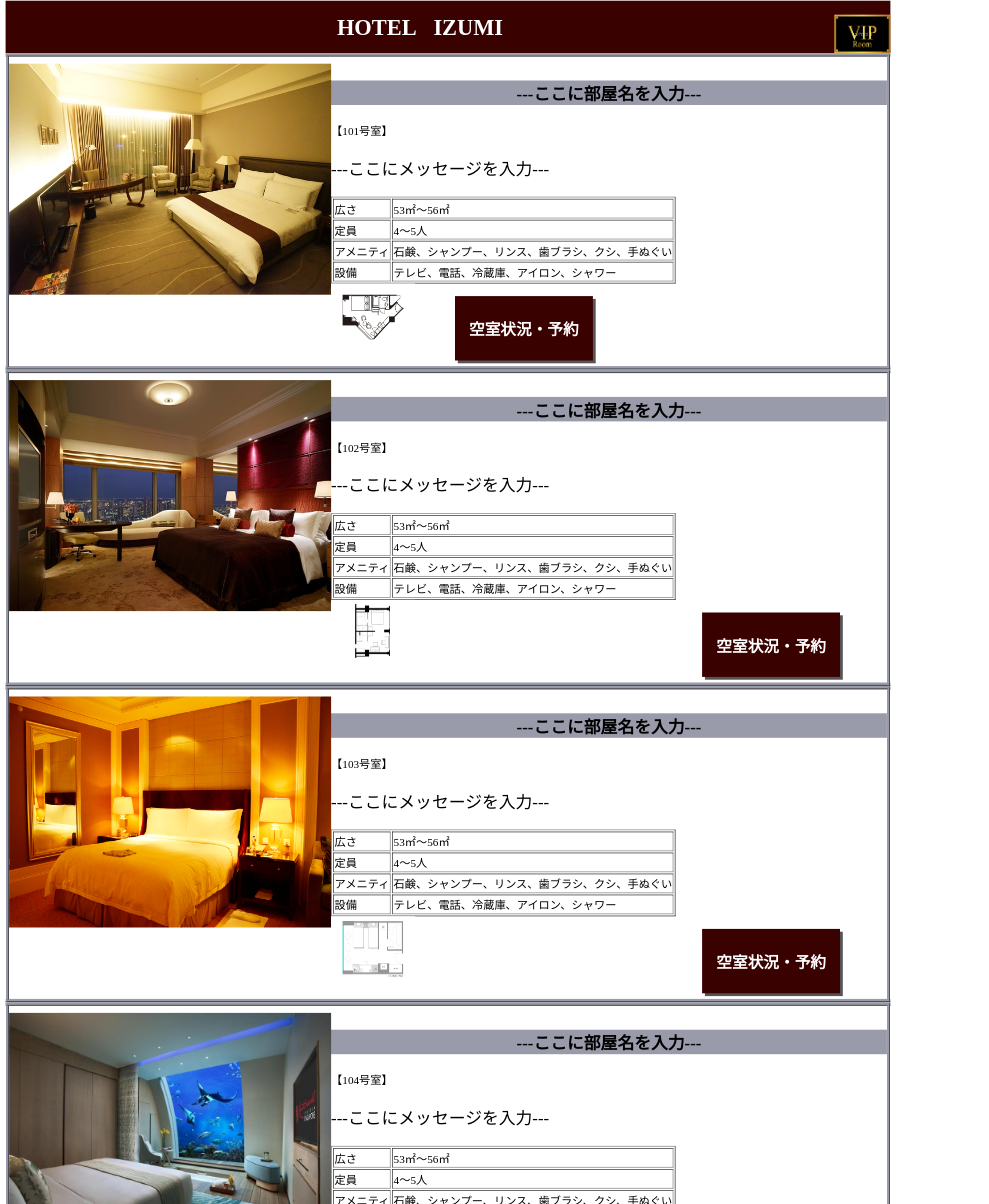
Repository: sep-dev/hotel_site
Page: http://localhost/HOTEL_IZUMI/vip
These files come from the project's save history. The page is drawn as it stood at one moment and after the next save; the edit follows.
The browser window is 1280 px wide. The page is 1413 px wide, so the pictures cover 1413 px, including what lies to the right of the window. The pictures show the part of the page from y = 0 to 1720 px (the page is 2458 px tall), at 70% of full size.
The page is served by Tomcat 9.

Above is the page before, as saved 2016-05-26 00:37:49.

After the next save:
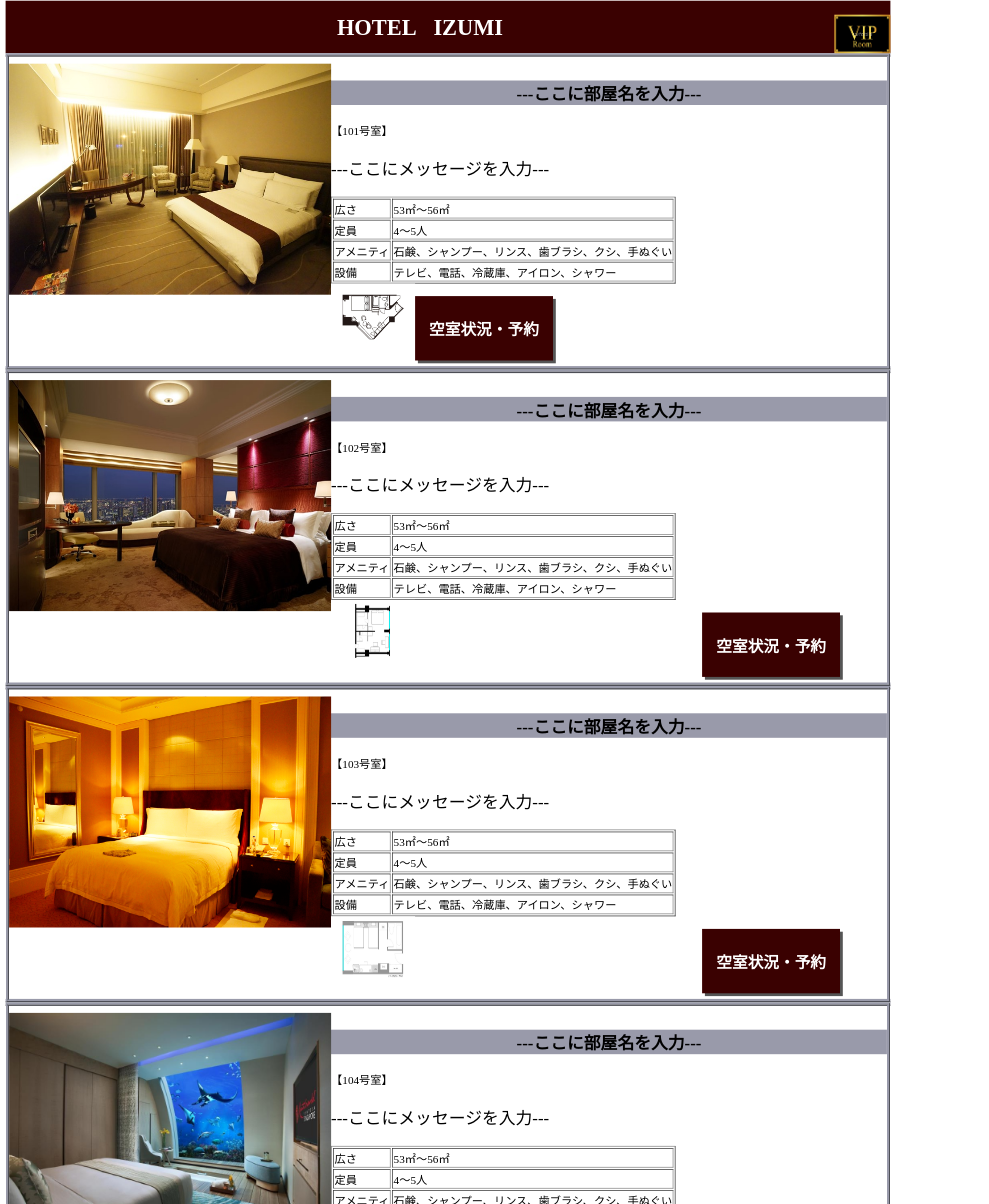
Saved 38 s later.
--- a/HOTEL_IZUMI/src/main/webapp/WEB-INF/views/vip.jsp
+++ b/HOTEL_IZUMI/src/main/webapp/WEB-INF/views/vip.jsp
@@ -46,7 +46,7 @@
 </table>
 <img id="img" src="./resources/image/vip1_1.jpg" width="120px" height="90px" align="left">
 <br>
-<button class="button2" type="submit" style="position: absolute; left: 650px;">空室状況・予約</button>
+<button class="button2" type="submit" style="position: absolute; : 80px;">空室状況・予約</button>
 <br clear="all">
 <br>
 </div>
